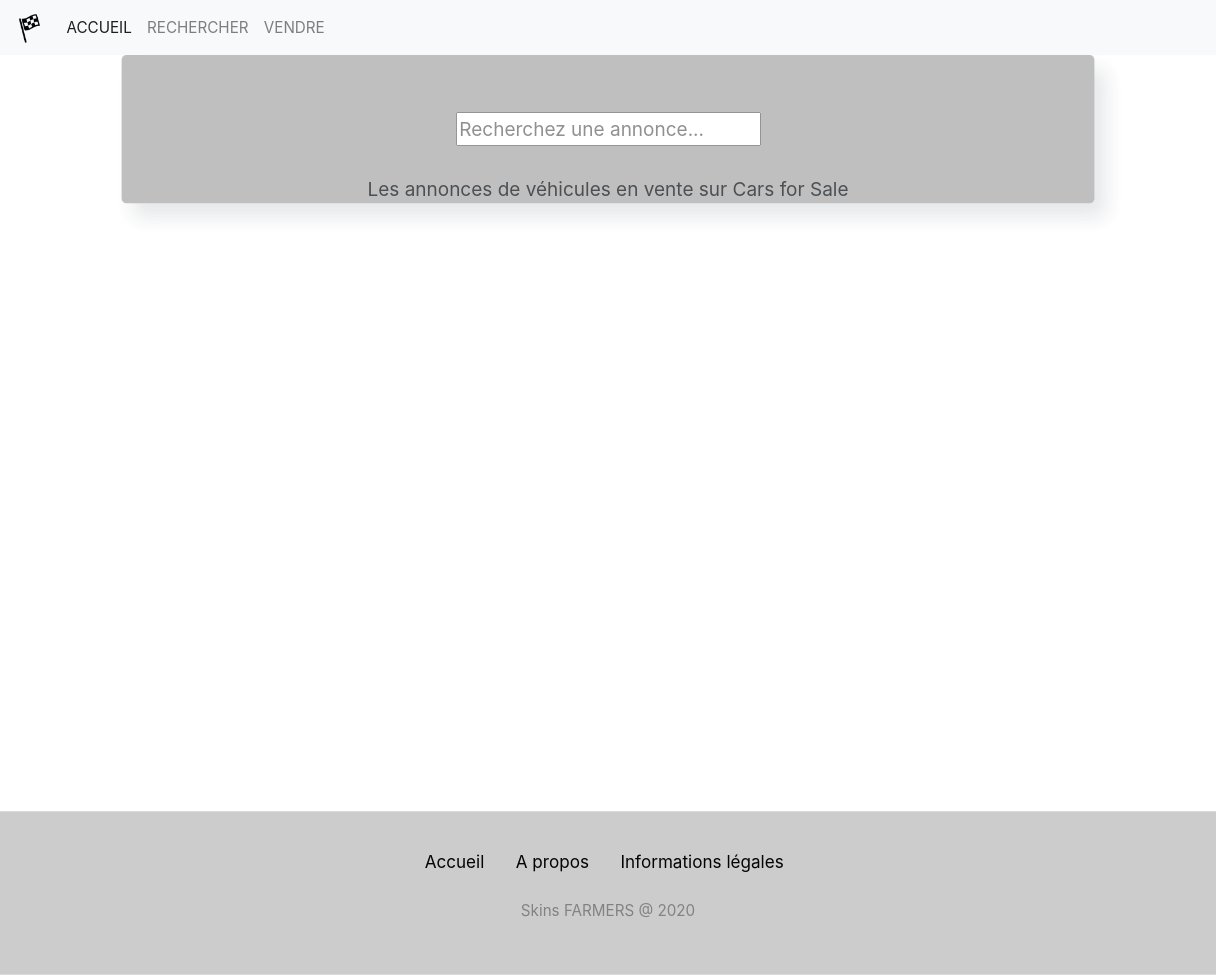
Repository: JonasvanHoorebeke/node_project_carforsale_final
Page: views/admin.ejs
These files come from the project's save history. The page is drawn as it stood at one moment and after the next save; the edit follows.
The browser window is 1280 px wide. The pictures show the whole page, at 95% of full size.
The page is served by the project's Node server (server.js). The template is opened directly, without the code that normally fills it, so the values that code supplies are empty.

Above is the page before, as saved 2020-08-25 20:23:21.

After the next save:
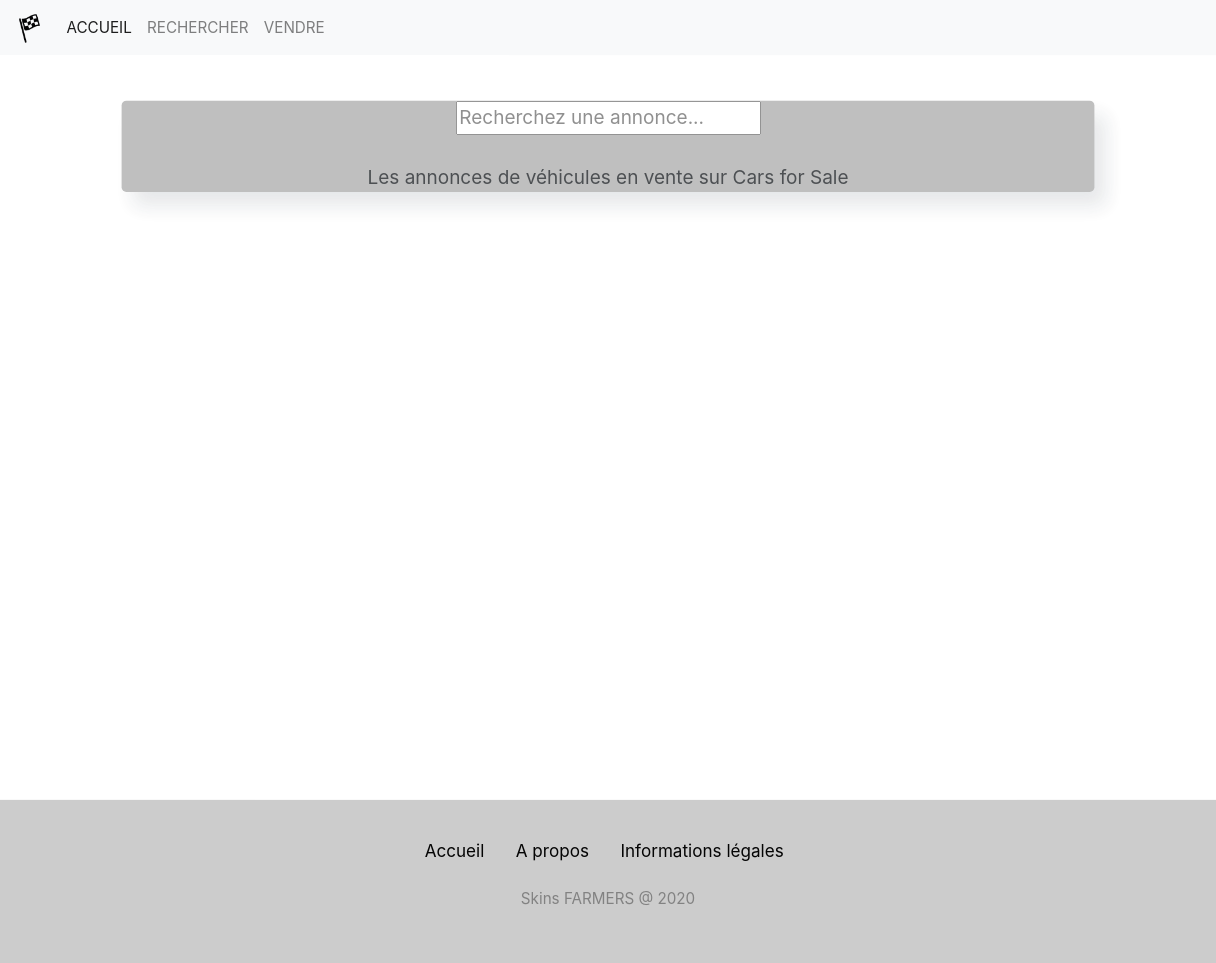
Saved 16 s later.
--- a/views/admin.ejs
+++ b/views/admin.ejs
@@ -1,8 +1,8 @@
 <%- include('header.ejs') %>
-
-<div class="intro">
 </br>
 </br>
+<div class="intro">
+
 <input type="text" id="Larecherche" onkeyup="Recherche()" placeholder="Recherchez une annonce...">
 </br></br>
 
